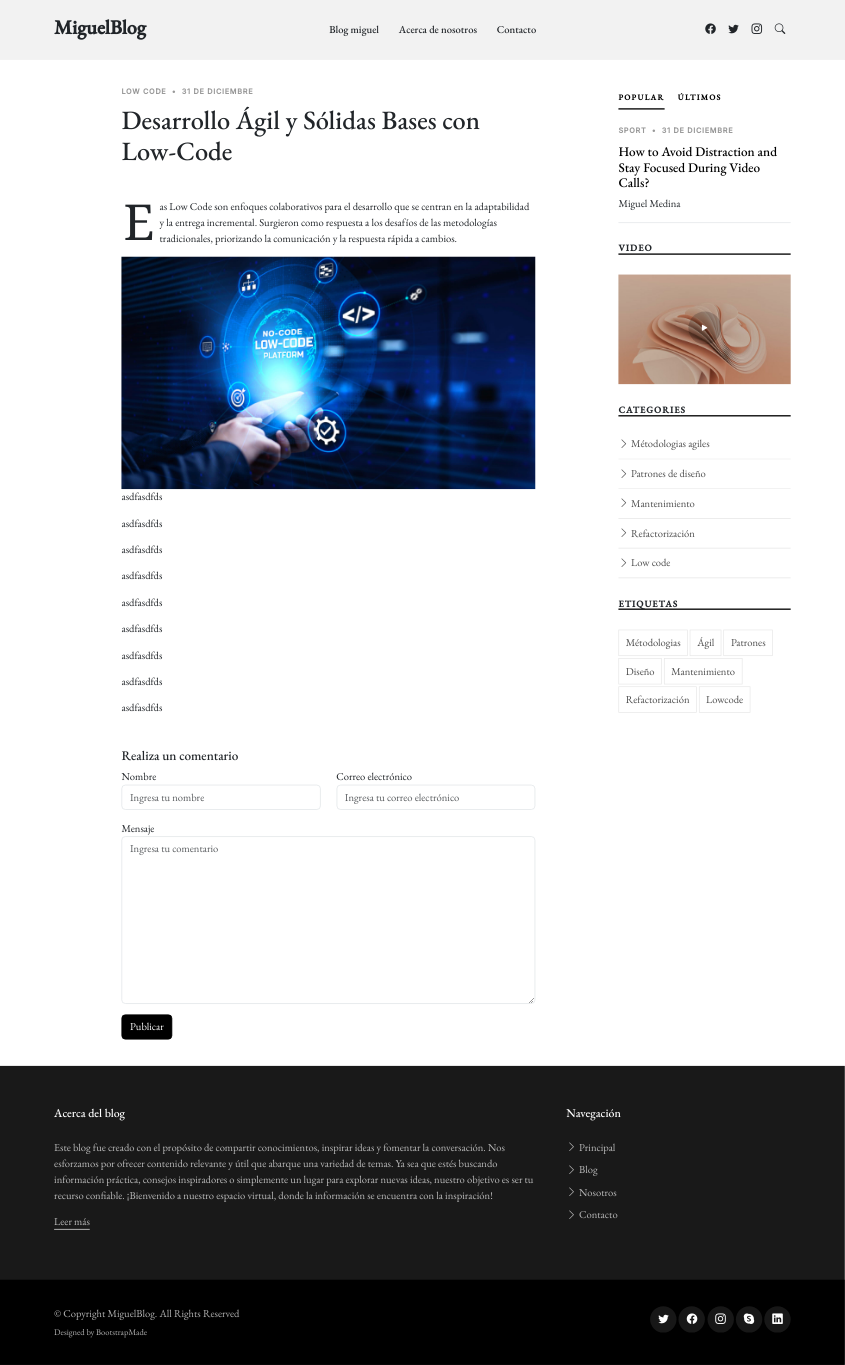
Repository: MiguelDev5/blog-miguel
Page: post-lc.html
These files come from the project's save history. The page is drawn as it stood at one moment and after the next save; the edit follows.
The browser window is 1280 px wide. The pictures show the whole page, at 66% of full size.
Some web fonts or font styles are not loaded; a fallback is used.

Above is the page before, as saved 2024-01-01 21:05:52.

### post-lc.html
<!DOCTYPE html>
<html lang="en">

<head>
  <meta charset="utf-8">
  <meta content="width=device-width, initial-scale=1.0" name="viewport">

  <title>MiguelBlog Bootstrap Template - Single Post</title>
  <meta content="" name="description">
  <meta content="" name="keywords">

  <!-- Favicons -->
  <link href="assets/img/favicon.png" rel="icon">
  <link href="assets/img/apple-touch-icon.png" rel="apple-touch-icon">

  <!-- Google Fonts -->
  <link rel="preconnect" href="https://fonts.googleapis.com">
  <link rel="preconnect" href="https://fonts.gstatic.com" crossorigin>
  <link href="https://fonts.googleapis.com/css2?family=EB+Garamond:wght@400;500&family=Inter:wght@400;500&family=Playfair+Display:ital,wght@0,400;0,700;1,400;1,700&display=swap" rel="stylesheet">

  <!-- Vendor CSS Files -->
  <link href="assets/vendor/bootstrap/css/bootstrap.min.css" rel="stylesheet">
  <link href="assets/vendor/bootstrap-icons/bootstrap-icons.css" rel="stylesheet">
  <link href="assets/vendor/swiper/swiper-bundle.min.css" rel="stylesheet">
  <link href="assets/vendor/glightbox/css/glightbox.min.css" rel="stylesheet">
  <link href="assets/vendor/aos/aos.css" rel="stylesheet">

  <!-- Template Main CSS Files -->
  <link href="assets/css/variables.css" rel="stylesheet">
  <link href="assets/css/main.css" rel="stylesheet">

  <!-- =======================================================
  * Template Name: MiguelBlog
  * Updated: Sep 18 2023 with Bootstrap v5.3.2
  * Template URL: https://bootstrapmade.com/miguelBlog-bootstrap-blog-template/
  * Author: BootstrapMade.com
  * License: https:///bootstrapmade.com/license/
  ======================================================== -->
</head>

<body>

  <!-- ======= Header ======= -->
  <header id="header" class="header d-flex align-items-center fixed-top">
    <div class="container-fluid container-xl d-flex align-items-center justify-content-between">

      <a href="index.html" class="logo d-flex align-items-center">
        <!-- Uncomment the line below if you also wish to use an image logo -->
        <!-- <img src="assets/img/logo.png" alt=""> -->
        <h1>MiguelBlog</h1>
      </a>

      <nav id="navbar" class="navbar">
        <ul>
          <li><a href="index.html">Blog miguel</a></li>
          <li><a href="about.html">Acerca de nosotros</a></li>
          <li><a href="contact.html">Contacto</a></li>
        </ul>
      </nav><!-- .navbar -->

      <div class="position-relative">
        <a href="#" class="mx-2"><span class="bi-facebook"></span></a>
        <a href="#" class="mx-2"><span class="bi-twitter"></span></a>
        <a href="#" class="mx-2"><span class="bi-instagram"></span></a>

        <a href="#" class="mx-2 js-search-open"><span class="bi-search"></span></a>
        <i class="bi bi-list mobile-nav-toggle"></i>

        <!-- ======= Search Form ======= -->
        <div class="search-form-wrap js-search-form-wrap">
          <form action="search-result.html" class="search-form">
            <span class="icon bi-search"></span>
            <input type="text" placeholder="Search" class="form-control">
            <button class="btn js-search-close"><span class="bi-x"></span></button>
          </form>
        </div><!-- End Search Form -->

      </div>

    </div>

  </header><!-- End Header -->

  <main id="main">

    <section class="single-post-content">
      <div class="container">
        <div class="row">
          <div class="col-md-9 post-content" data-aos="fade-up">

            <!-- ======= Single Post Content ======= -->
            <div class="single-post">
              <div class="post-meta"><span class="date">Low Code</span> <span class="mx-1">&bullet;</span> <span>31 de Diciembre</span></div>
              <h1 class="mb-5">Desarrollo Ágil y Sólidas Bases con Low-Code</h1>
              <p><span class="firstcharacter">E</span>as Low Code son enfoques colaborativos para el desarrollo que se centran en la adaptabilidad y la entrega incremental. Surgieron como respuesta a los desafíos de las metodologías tradicionales, priorizando la comunicación y la respuesta rápida a cambios.</p></p>
              <div class="col-md-9"></div>
                  <img src="assets/img/lc001.jpg" alt="" class="img-fluid" style="width: 200;">
              </div>

              <p>asdfasdfds</p>
              <p>asdfasdfds</p>
              <p>asdfasdfds</p>
              <p>asdfasdfds</p>
              <p>asdfasdfds</p>
              <p>asdfasdfds</p>
              <p>asdfasdfds</p>
              <p>asdfasdfds</p>
              <p>asdfasdfds</p>

            <!-- ======= Comments Form ======= -->
            <div class="row justify-content-center mt-5">

              <div class="col-lg-12">
                <h5 class="comment-title">Realiza un comentario</h5>
                <div class="row">
                  <div class="col-lg-6 mb-3">
                    <label for="comment-name">Nombre</label>
                    <input type="text" class="form-control" id="comment-name" placeholder="Ingresa tu nombre">
                  </div>
                  <div class="col-lg-6 mb-3">
                    <label for="comment-email">Correo electrónico</label>
                    <input type="text" class="form-control" id="comment-email" placeholder="Ingresa tu correo electrónico">
                  </div>
                  <div class="col-12 mb-3">
                    <label for="comment-message">Mensaje</label>

                    <textarea class="form-control" id="comment-message" placeholder="Ingresa tu comentario" cols="30" rows="10"></textarea>
                  </div>
                  <div class="col-12">
                    <input type="submit" class="btn btn-primary" value="Publicar">
                  </div>
                </div>
              </div>
            </div><!-- End Comments Form -->

          </div>
          <div class="col-md-3">
            <!-- ======= Sidebar ======= -->
            <div class="aside-block">

              <ul class="nav nav-pills custom-tab-nav mb-4" id="pills-tab" role="tablist">
                <li class="nav-item" role="presentation">
                  <button class="nav-link active" id="pills-popular-tab" data-bs-toggle="pill" data-bs-target="#pills-popular" type="button" role="tab" aria-controls="pills-popular" aria-selected="true">Popular</button>
                </li>
                <li class="nav-item" role="presentation">
                  <button class="nav-link" id="pills-latest-tab" data-bs-toggle="pill" data-bs-target="#pills-latest" type="button" role="tab" aria-controls="pills-latest" aria-selected="false">Últimos</button>
                </li>
              </ul>

              <div class="tab-content" id="pills-tabContent">

                <!-- Popular -->
                <div class="tab-pane fade show active" id="pills-popular" role="tabpanel" aria-labelledby="pills-popular-tab">
                  <div class="post-entry-1 border-bottom">
                    <div class="post-meta"><span class="date">Sport</span> <span class="mx-1">&bullet;</span> <span>31 de Diciembre</span></div>
                    <h2 class="mb-2"><a href="#">How to Avoid Distraction and Stay Focused During Video Calls?</a></h2>
                    <span class="author mb-3 d-block">Miguel Medina</span>
                  </div>


                </div> <!-- End Popular -->



                <!-- Latest -->
                <div class="tab-pane fade" id="pills-latest" role="tabpanel" aria-labelledby="pills-latest-tab">
                  <div class="post-entry-1 border-bottom">
                    <div class="post-meta"><span class="date">Lifestyle</span> <span class="mx-1">&bullet;</span> <span>31 de Diciembre</span></div>
                    <h2 class="mb-2"><a href="#">Life Insurance And Pregnancy: A Working Mom’s Guide</a></h2>
                    <span class="author mb-3 d-block">Miguel Medina</span>
                  </div>



                </div> <!-- End Latest -->

              </div>
            </div>

            <div class="aside-block">
              <h3 class="aside-title">Video</h3>
              <div class="video-post">
                <a href="https://www.youtube.com/watch?v=AiFfDjmd0jU" class="glightbox link-video">
                  <span class="bi-play-fill"></span>
                  <img src="assets/img/post-landscape-5.jpg" alt="" class="img-fluid">
                </a>
              </div>
            </div><!-- End Video -->

            <div class="aside-block">
              <h3 class="aside-title">Categories</h3>
              <ul class="aside-links list-unstyled">
                <li><a href="category.html"><i class="bi bi-chevron-right"></i> Métodologias agiles</a></li>
                <li><a href="category.html"><i class="bi bi-chevron-right"></i> Patrones de diseño</a></li>
                <li><a href="category.html"><i class="bi bi-chevron-right"></i> Mantenimiento</a></li>
                <li><a href="category.html"><i class="bi bi-chevron-right"></i> Refactorización</a></li>
                <li><a href="category.html"><i class="bi bi-chevron-right"></i> Low code</a></li>
              </ul>
            </div><!-- End Categories -->

            <div class="aside-block">
              <h3 class="aside-title">Etiquetas</h3>
              <ul class="aside-tags list-unstyled">
                <li><a href="category.html">Métodologias</a></li>
                <li><a href="category.html">Ágil</a></li>
                <li><a href="category.html">Patrones</a></li>
                <li><a href="category.html">Diseño</a></li>
                <li><a href="category.html">Mantenimiento</a></li>
                <li><a href="category.html">Refactorización</a></li>
                <li><a href="category.html">Lowcode</a></li>
              </ul>
            </div><!-- End Tags -->

          </div>
        </div>
      </div>
    </section>
  </main><!-- End #main -->

  <!-- ======= Footer ======= -->
  <footer id="footer" class="footer">
    <div class="footer-content">
      <div class="container">
        <div class="row g-5">
          <div class="col-lg-8">
            <h3 class="footer-heading">Acerca del blog</h3>
            <p>Este blog fue creado con el propósito de compartir conocimientos, inspirar ideas y fomentar la conversación. Nos esforzamos por ofrecer contenido relevante y útil que abarque una variedad de temas. Ya sea que estés buscando información práctica, consejos inspiradores o simplemente un lugar para explorar nuevas ideas, nuestro objetivo es ser tu recurso confiable. ¡Bienvenido a nuestro espacio virtual, donde la información se encuentra con la inspiración!</p>
            <p><a href="about.html" class="footer-link-more">Leer más</a></p>
          </div>
          <div class="col-6 col-lg-2">
            <h3 class="footer-heading">Navegación</h3>
            <ul class="footer-links list-unstyled">
              <li><a href="index.html"><i class="bi bi-chevron-right"></i> Principal</a></li>
              <li><a href="index.html"><i class="bi bi-chevron-right"></i> Blog</a></li>
              <li><a href="about.html"><i class="bi bi-chevron-right"></i> Nosotros</a></li>
              <li><a href="contact.html"><i class="bi bi-chevron-right"></i> Contacto</a></li>
            </ul>
          </div>
        </div>
      </div>
    </div>

    <div class="footer-legal">
      <div class="container">

        <div class="row justify-content-between">
          <div class="col-md-6 text-center text-md-start mb-3 mb-md-0">
            <div class="copyright">
              © Copyright <strong><span>MiguelBlog</span></strong>. All Rights Reserved
            </div>

            <div class="credits">
              Designed by BootstrapMade
            </div>

          </div>

          <div class="col-md-6">
            <div class="social-links mb-3 mb-lg-0 text-center text-md-end">
              <a href="#" class="twitter"><i class="bi bi-twitter"></i></a>
              <a href="#" class="facebook"><i class="bi bi-facebook"></i></a>
              <a href="#" class="instagram"><i class="bi bi-instagram"></i></a>
              <a href="#" class="google-plus"><i class="bi bi-skype"></i></a>
              <a href="#" class="linkedin"><i class="bi bi-linkedin"></i></a>
            </div>

          </div>

        </div>

      </div>
    </div>
  </footer>

  <a href="#" class="scroll-top d-flex align-items-center justify-content-center"><i class="bi bi-arrow-up-short"></i></a>

  <!-- Vendor JS Files -->
  <script src="assets/vendor/bootstrap/js/bootstrap.bundle.min.js"></script>
  <script src="assets/vendor/swiper/swiper-bundle.min.js"></script>
  <script src="assets/vendor/glightbox/js/glightbox.min.js"></script>
  <script src="assets/vendor/aos/aos.js"></script>
  <script src="assets/vendor/php-email-form/validate.js"></script>

  <!-- Template Main JS File -->
  <script src="assets/js/main.js"></script>

</body>

</html>

### assets/css/variables.css
/**
* Template Name: ZenBlog
* File: variables.css
* Description: Easily customize colors, typography, and other repetitive properties used in the template main stylesheet file main.css
*
* Template URL: https://bootstrapmade.com/zenblog-bootstrap-blog-template/
* Author: BootstrapMade.com
* License: https://bootstrapmade.com/license/
*
* Contents:
* 1. ZenBlog template variables
* 2. Override default Bootstrap variables
* 3. Set color and background class names
*
* Learn more about CSS variables at https://developer.mozilla.org/en-US/docs/Web/CSS/Using_CSS_custom_properties
*/

/*--------------------------------------------------------------
# 1. ZenBlog template variables
--------------------------------------------------------------*/
:root {

  /* Fonts */
  --font-default: 'EB Garamond', system-ui, -apple-system, "Segoe UI", Roboto, "Helvetica Neue", Arial, "Noto Sans", "Liberation Sans", sans-serif, "Apple Color Emoji", "Segoe UI Emoji", "Segoe UI Symbol", "Noto Color Emoji";
  --font-primary: 'EB Garamond', serif; /*'Playfair Display', serif;*/
  --font-secondary: 'Inter', sans-serif;

  /* Colors */
  /* The *-rgb color names are simply the RGB converted value of the corresponding color for use in the rgba() function */

  /* Default text color */
  --color-default: #212529;
  --color-default-rgb: 33, 37, 41;

  /* Defult links color */
  --color-links: #212529;
  --color-links-hover: #15171a;

  /* Primay colors */
  --color-primary: #212529;
  --color-primary-light: #26282c;
  --color-primary-dark: #0b0c0e;

  --color-primary-rgb: 33, 37, 41;
  --color-primary-light-rgb: 38, 40, 44;
  --color-primary-dark-rgb: 11, 12, 14;

  /* Secondary colors */
  --color-secondary: #596d80;
  --color-secondary-light: #8498aa;
  --color-secondary-dark: #404f5c;

  --color-secondary-rgb: 89, 109, 128;
  --color-secondary-light-rgb: 132, 152, 170;
  --color-secondary-dark-rgb: 64, 79, 92;

  /* General colors */
  --color-blue: #0d6efd;
  --color-blue-rgb: 13, 110, 253;

  --color-indigo: #6610f2;
  --color-indigo-rgb: 102, 16, 242;

  --color-purple: #6f42c1;
  --color-purple-rgb: 111, 66, 193;

  --color-pink: #f3268c;
  --color-pink-rgb: 243, 38, 140;

  --color-red: #df1529;
  --color-red-rgb: 223, 21, 4;

  --color-orange: #fd7e14;
  --color-orange-rgb: 253, 126, 20;

  --color-yellow: #ffc107;
  --color-yellow-rgb: 255, 193, 7;

  --color-green: #059652;
  --color-green-rgb: 5, 150, 82;

  --color-teal: #20c997;
  --color-teal-rgb: 32, 201, 151;

  --color-cyan: #0dcaf0;
  --color-cyan-rgb: 13, 202, 240;

  --color-white: #ffffff;
  --color-white-rgb: 255, 255, 255;

  --color-gray: #6c757d;
  --color-gray-rgb: 108, 117, 125;

  --color-black: #000000;
  --color-black-rgb: 0, 0, 0;
}

/*--------------------------------------------------------------
# 2. Override default Bootstrap variables
--------------------------------------------------------------*/
:root {
  --bs-blue: var(--color-blue);
  --bs-indigo: var(--color-indigo);
  --bs-purple: var(--color-purple);
  --bs-pink: var(--color-pink);
  --bs-red: var(--color-red);
  --bs-orange: var(--color-orange);
  --bs-yellow: var(--color-yellow);
  --bs-green: var(--color-green);
  --bs-teal: var(--color-teal);
  --bs-cyan: var(--color-cyan);
  --bs-white: var(--color-white);
  --bs-gray: var(--color-gray);
  --bs-gray-dark: #343a40;
  --bs-gray-100: #f8f9fa;
  --bs-gray-200: #e9ecef;
  --bs-gray-300: #dee2e6;
  --bs-gray-400: #ced4da;
  --bs-gray-500: #adb5bd;
  --bs-gray-600: #6c757d;
  --bs-gray-700: #495057;
  --bs-gray-800: #343a40;
  --bs-gray-900: #212529;
  --bs-primary: var(--color-blue);
  --bs-secondary: var(--color-blue);
  --bs-success: #198754;
  --bs-info: #0dcaf0;
  --bs-warning: #ffc107;
  --bs-danger: #dc3545;
  --bs-light: #f8f9fa;
  --bs-dark: #212529;
  --bs-primary-rgb: var(--color-primary-rgb);
  --bs-secondary-rgb: var(--color-secondary-rgb);
  --bs-success-rgb: 25, 135, 84;
  --bs-info-rgb: 13, 202, 240;
  --bs-warning-rgb: 255, 193, 7;
  --bs-danger-rgb: 220, 53, 69;
  --bs-light-rgb: 248, 249, 250;
  --bs-dark-rgb: 33, 37, 41;
  --bs-white-rgb: var(--color-white-rgb);
  --bs-black-rgb: var(--color-black-rgb);
  --bs-body-color-rgb: var(--color-default-rgb);
  --bs-body-bg-rgb: 255, 255, 255;
  --bs-font-sans-serif: var(--font-default);
  --bs-font-monospace: SFMono-Regular, Menlo, Monaco, Consolas, "Liberation Mono", "Courier New", monospace;
  --bs-gradient: linear-gradient(180deg, rgba(255, 255, 255, 0.15), rgba(255, 255, 255, 0));
  --bs-body-font-family: var(--font-default);
  --bs-body-font-size: 1rem;
  --bs-body-font-weight: 400;
  --bs-body-line-height: 1.5;
  --bs-body-color: var(--color-default);
  --bs-body-bg: #fff;
}

/*--------------------------------------------------------------
# 3. Set color and background class names
--------------------------------------------------------------*/
/* Fonts */
.font-default { font-family: var(--font-default) !important; }
.font-primary { font-family: var(--font-primary) !important;}
.font-secondary { font-family: var(--font-secondary) !important; }

/* Text Colors */
.color-default { color: var(--color-default) !important; }
.color-links { color: var(--color-links) !important; }
.color-links:hover { color: var(--color-links-hover) !important; }
.color-primary { color: var(--color-primary) !important; }
.color-primary-light { color: var(--color-primary-light) !important; }
.color-primary-dark { color: var(--color-primary-dark) !important; }
.color-secondary { color: var(--color-secondary) !important; }
.color-secondary-light { color: var(--color-secondary-light) !important; }
.color-secondary-dark { color: var(--color-secondary-dark) !important; }
.color-blue { color: var(--color-blue) !important; }
.color-indigo { color: var(--color-indigo) !important; }
.color-purple { color: var(--color-purple) !important; }
.color-pink { color: var(--color-pink) !important; }
.color-red { color: var(--color-red) !important; }
.color-orange { color: var(--color-orange) !important; }
.color-yellow { color: var(--color-yellow) !important; }
.color-green { color: var(--color-green) !important; }
.color-teal { color: var(--color-teal) !important; }
.color-cyan { color: var(--color-cyan) !important; }
.color-white { color: var(--color-white) !important; }
.color-gray { color: var(--color-gray) !important; }
.color-black { color: var(--color-black) !important; }

/* Background Colors */
.bg-default { background-color: var(--color-default) !important; }
.bg-primary { background-color: var(--color-primary) !important; }
.bg-primary-light { background-color: var(--color-primary-light) !important; }
.bg-primary-dark { background-color: var(--color-primary-dark) !important; }
.bg-secondary { background-color: var(--color-secondary) !important; }
.bg-secondary-light { background-color: var(--color-secondary-light) !important; }
.bg-secondary-dark { background-color: var(--color-secondary-dark) !important; }
.bg-blue { background-color: var(--color-blue) !important; }
.bg-indigo { background-color: var(--color-indigo) !important; }
.bg-purple { background-color: var(--color-purple) !important; }
.bg-pink { background-color: var(--color-pink) !important; }
.bg-red { background-color: var(--color-red) !important; }
.bg-orange { background-color: var(--color-orange) !important; }
.bg-yellow { background-color: var(--color-yellow) !important; }
.bg-green { background-color: var(--color-green) !important; }
.bg-teal { background-color: var(--color-teal) !important; }
.bg-cyan { background-color: var(--color-cyan) !important; }
.bg-white { background-color: var(--color-white) !important; }
.bg-gray { background-color: var(--color-gray) !important; }
.bg-black { background-color: var(--color-black) !important; }

Loaded but not shown: assets/vendor/bootstrap/css/bootstrap.min.css (library); assets/vendor/bootstrap-icons/bootstrap-icons.css (library); assets/vendor/swiper/swiper-bundle.min.css (library); assets/vendor/glightbox/css/glightbox.min.css (library); assets/vendor/aos/aos.css (library); assets/vendor/bootstrap/js/bootstrap.bundle.min.js (library); assets/vendor/swiper/swiper-bundle.min.js (library); assets/vendor/glightbox/js/glightbox.min.js (library); assets/vendor/aos/aos.js (library); assets/vendor/php-email-form/validate.js (common file); assets/js/main.js (154 lines, source omitted); assets/css/main.css (1300 lines, source omitted)

After the next save:
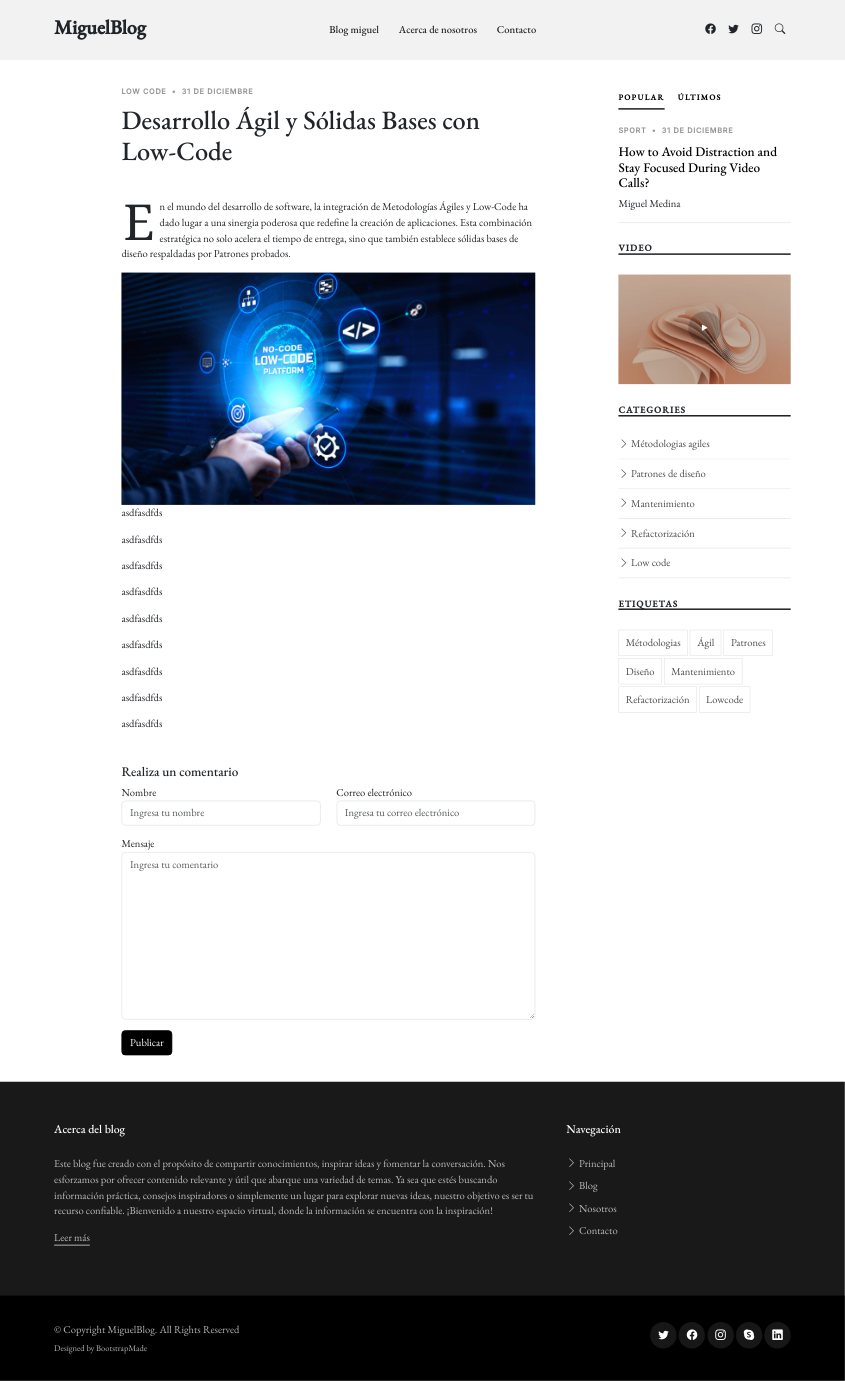
Saved 26 s later.
--- a/post-lc.html
+++ b/post-lc.html
@@ -92,7 +92,7 @@
             <div class="single-post">
               <div class="post-meta"><span class="date">Low Code</span> <span class="mx-1">&bullet;</span> <span>31 de Diciembre</span></div>
               <h1 class="mb-5">Desarrollo Ágil y Sólidas Bases con Low-Code</h1>
-              <p><span class="firstcharacter">E</span>as Low Code son enfoques colaborativos para el desarrollo que se centran en la adaptabilidad y la entrega incremental. Surgieron como respuesta a los desafíos de las metodologías tradicionales, priorizando la comunicación y la respuesta rápida a cambios.</p></p>
+              <p><span class="firstcharacter">E</span>n el mundo del desarrollo de software, la integración de Metodologías Ágiles y Low-Code ha dado lugar a una sinergia poderosa que redefine la creación de aplicaciones. Esta combinación estratégica no solo acelera el tiempo de entrega, sino que también establece sólidas bases de diseño respaldadas por Patrones probados.</p>
               <div class="col-md-9"></div>
                   <img src="assets/img/lc001.jpg" alt="" class="img-fluid" style="width: 200;">
               </div>
